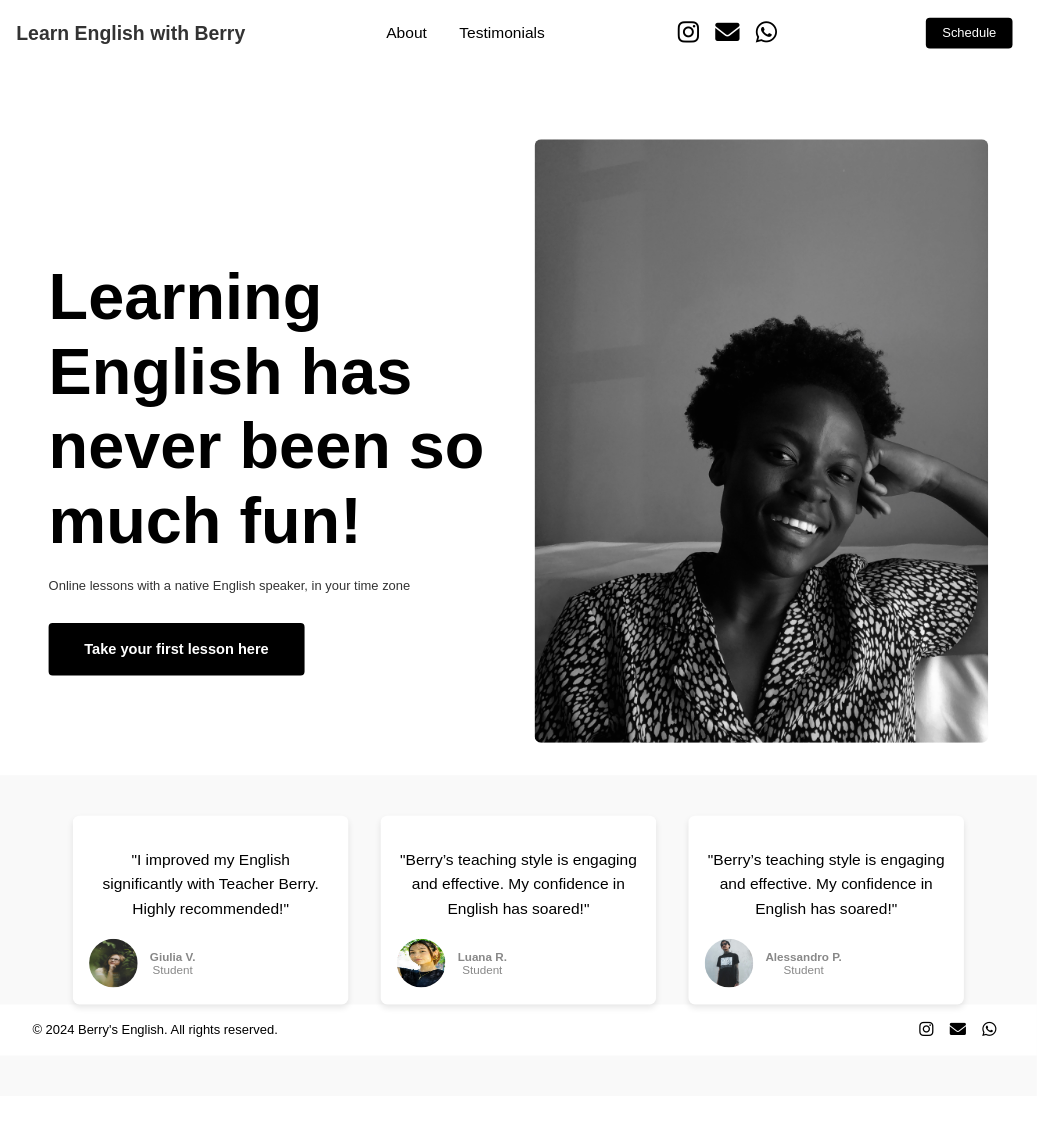
Repository: ntandomagana/esl-landing-page
Page: index.html
The author's editor kept a copy of each file at every save. The page is drawn from the files as they stood at one save, then again after the next save.
The browser window is 1280 px wide. The pictures show the whole page, at 81% of full size.

Above is the page before, as saved 2024-07-17 14:00:15.

After the next save:
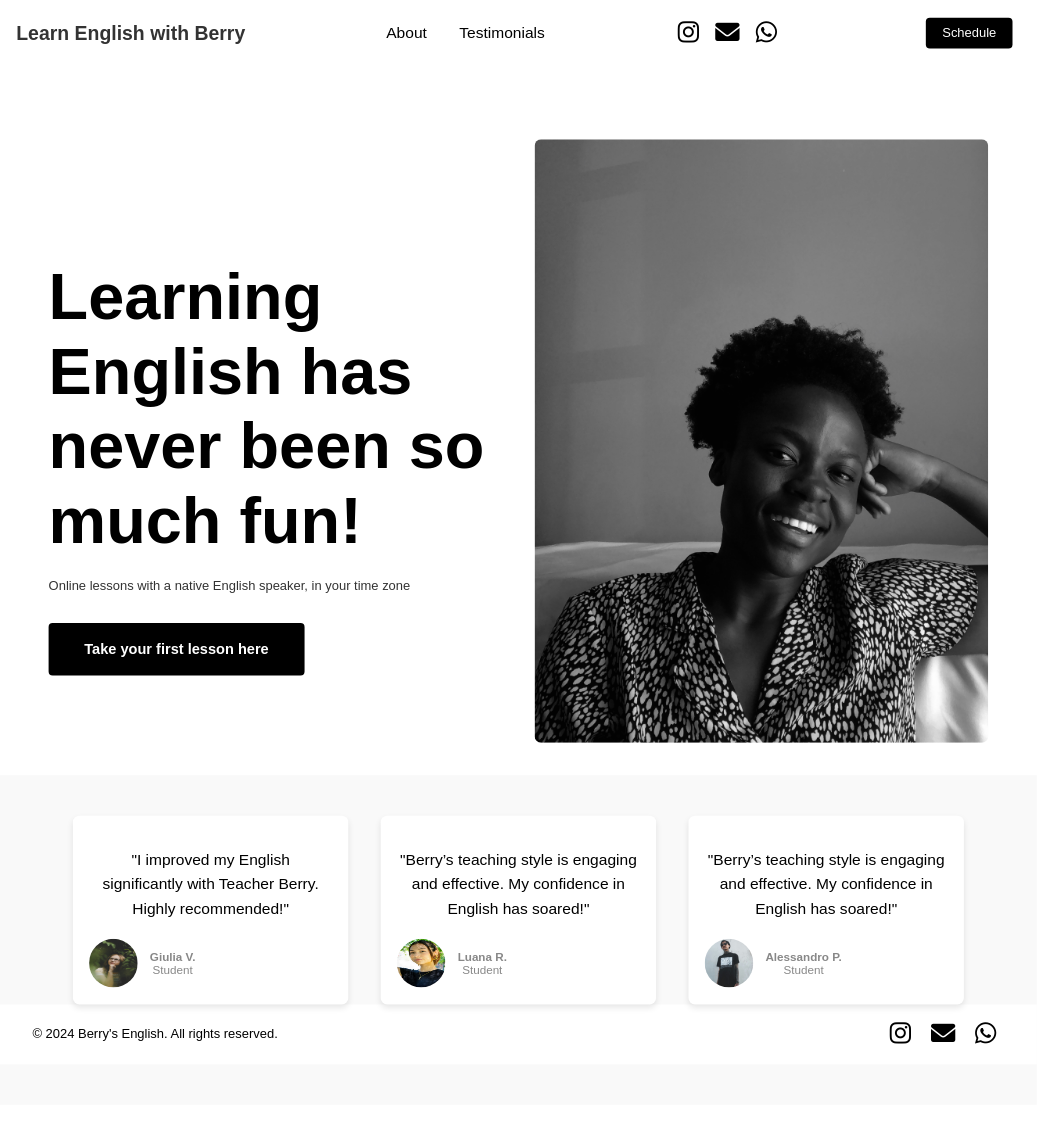
Saved 18 s later.
--- a/index.css
+++ b/index.css
@@ -245,21 +245,6 @@ footer {
     margin: 0;
 }
 
-.footer-social-links {
-    display: flex;
-    align-items: center;
-}
-
-.footer-social-links .social-link {
-    color: #fff;
-    font-size: 20px;
-    margin-right: 10px;
-    text-decoration: none;
-}
-
-.footer-social-links .social-link:hover {
-    color: #ccc;
-}
 
 
 @media (max-width: 768px) {
